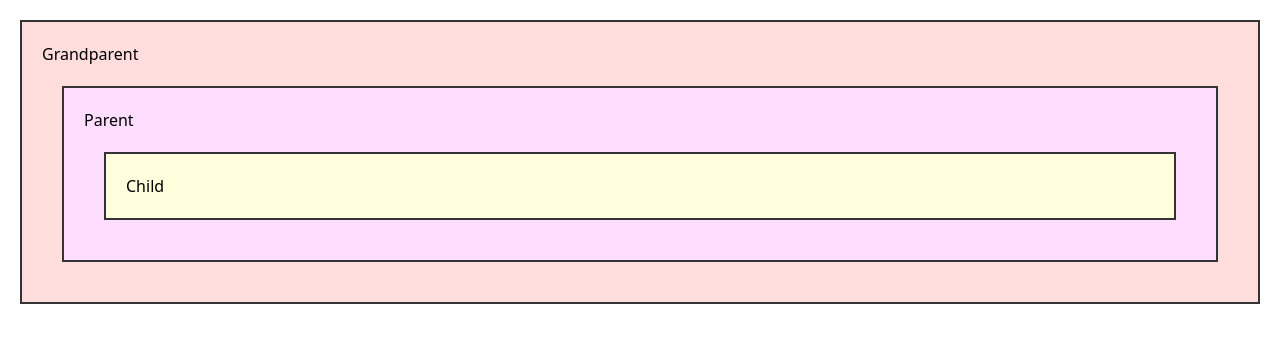
Repository: adityadhimaann/fleettrack
Page: bubble.html
The author's editor kept a copy of each file at every save. The page is drawn from the files as they stood at one save, then again after a run of saves.
The browser window is 1280 px wide. The pictures show the whole page.
Some web libraries are served in a nearby version.

Above is the page before, as saved 2025-04-09 11:55:23.

### bubble.html
<!DOCTYPE html>
<html lang="en">
<head>
    <meta charset="UTF-8">
    <meta name="viewport" content="width=device-width, initial-scale=1.0">
    <title>Document</title>
    <script src="https://cdn.tailwindcss.com"></script>
</head>
<body>
    <style>
        .grandparent, .parent, .child{
            padding: 20px;
            margin: 20px;
            border: 2px solid #333;
        }
        .grandparent{background-color: #ffdddd;}
        .parent{background-color: #ffddff;}
        .child{background-color: #ffffdd;}
    </style>
    <div class="grandparent">Grandparent
        <div class="parent">Parent
            <div class="child">Child</div>
        </div>
    </div>
<script>
    document.querySelector('.grandparent').addEventListener('click',
    function(){
        alert('Grandparent clicked');
    });
    document.querySelector('.child').addEventListener('click',
        function(){
            alert('Child clicked');
        }
    );
</script>
</body>
</html>

After the next 3 saves:
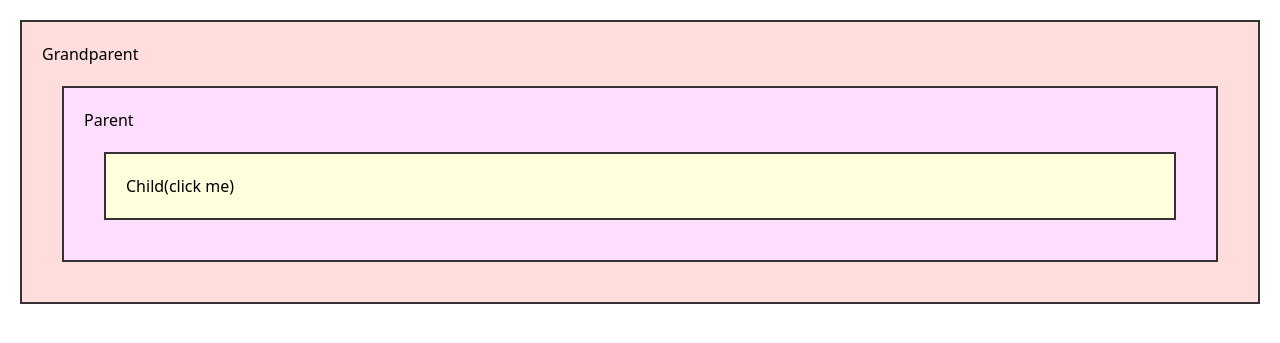
The 3 saves are shown as one change because they came seconds apart.
The last was saved 18 s later.
--- a/bubble.html
+++ b/bubble.html
@@ -19,7 +19,7 @@
     </style>
     <div class="grandparent">Grandparent
         <div class="parent">Parent
-            <div class="child">Child</div>
+            <div class="child">Child(click me)</div>
         </div>
     </div>
 <script>
